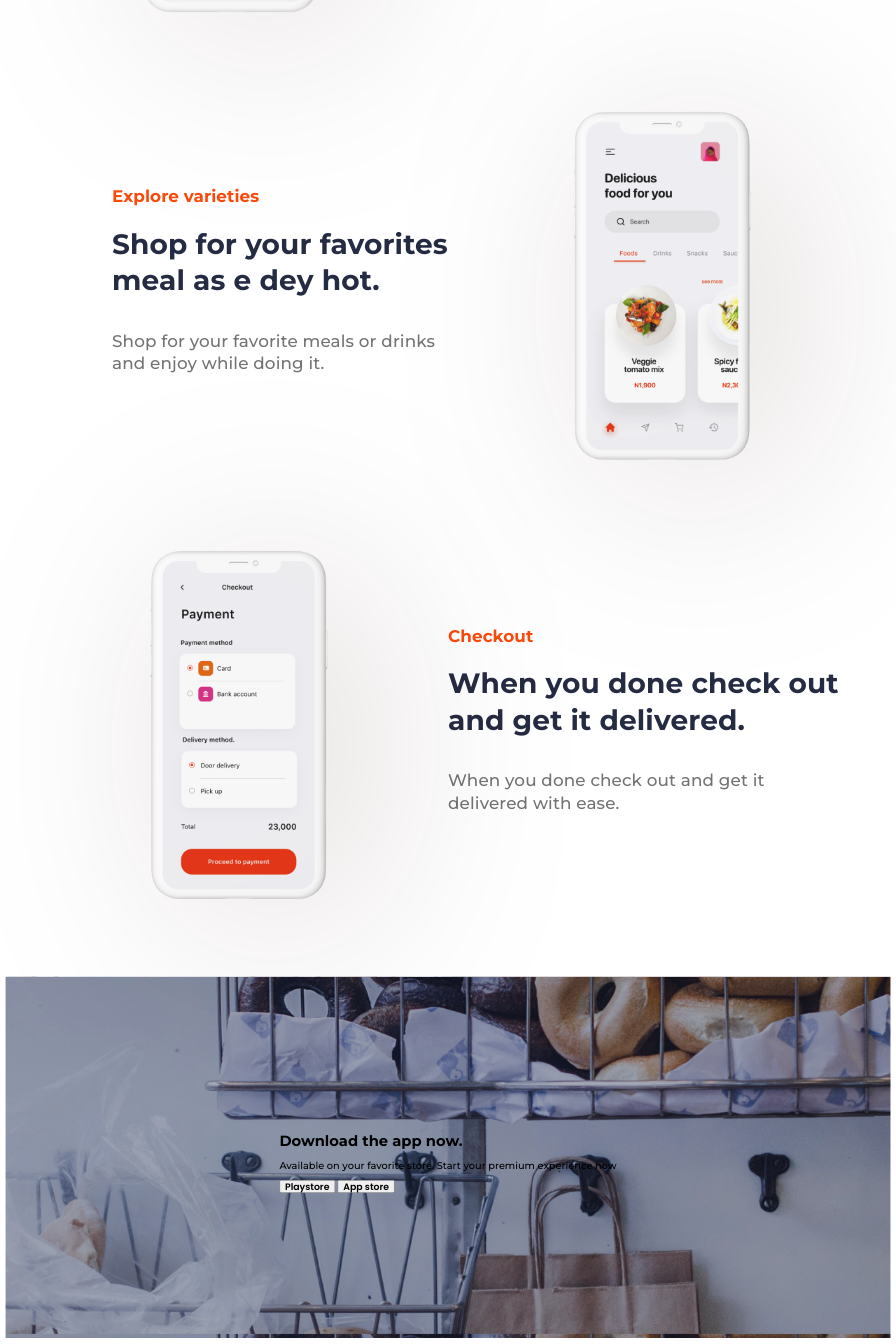
Repository: hoangnguyendev19/food_app
Page: index.html
An editor plug-in stored every save of this project. The page is shown before and after the next save, followed by the edit.
The browser window is 1280 px wide. The pictures show the part of the page from y = 2248 to 4168 px (the page is 4168 px tall), at 70% of full size.
The style sheet was rebuilt from its Sass, Less or Tailwind sources for each picture, by a compiler version that may differ from the author's.

Above is the page before, as saved 2021-11-08 20:49:56.

### index.html
<!DOCTYPE html>
<html lang="en">
<head>
    <meta charset="UTF-8">
    <meta http-equiv="X-UA-Compatible" content="IE=edge">
    <meta name="viewport" content="width=device-width, initial-scale=1.0">
    <title>Food</title>
    <link href="https://fonts.googleapis.com/css2?family=Montserrat:wght@500;600;700&family=Poppins:wght@600;700&family=Roboto:wght@700&display=swap" rel="stylesheet">
    <link rel="stylesheet" href="./app/styles.css">
</head>
<body>
    <div class="wrapper">
        <header class="header">
            <div class="container">
                <div class="header__top">
                    <a href="" class="header__image">
                        <img src="./app/images/img-logo.png" alt="">
                    </a>
                    <ul class="header__menu">
                        <li class="header__item">
                            <a href="" class="header__link">Home</a>
                        </li>
                        <li class="header__item">
                            <a href="" class="header__link">Product</a>
                        </li>
                        <li class="header__item">
                            <a href="" class="header__link">Faq</a>
                        </li>
                        <li class="header__item">
                            <a href="" class="header__link">Contact</a>
                        </li>
                    </ul>
                </div>
            </div>
        </header>
        <main>
            <section class="banner">
                <div class="banner__top">
                    <div class="banner__content">
                        <span class="banner__title">Food app</span>
                        <h1 class="banner__heading">Why stay hungry when you can order form Bella Onojie</h1>
                        <h4 class="banner__desc">Download the bella onoje’s food app now on</h4>
                        <button class="banner__btn">Playstore</button>
                        <button class="banner__btn">App store</button>
                    </div>
                </div>
                <div class="banner__bottom">
                    <div class="banner__image">
                        <img src="./app/images/img-banner-phone.png" alt="">
                    </div>
                </div>
            </section>
            <section class="work">
                <div class="container">
                    <h2 class="work__caption">How the app works</h2>
                    <div class="work__item">
                        <div class="work__image">
                            <img src="./app/images/img-create.png" alt="">
                        </div>
                        <div class="work__content">
                            <span class="work__title">Create an account</span>
                            <h2 class="work__heading">Create/login to an existing account to get started</h2>
                            <p class="work__desc">An account is created with your email and a desired password</p>
                        </div>
                    </div>
                    <div class="work__item work__item--reverse">
                        <div class="work__image">
                            <img src="./app/images/img-explore.png" alt="">
                        </div>
                        <div class="work__content">
                            <div class="work__content--reverse">
                                <span class="work__title">Explore varieties</span>
                                <h2 class="work__heading">Shop for your favorites meal as e dey hot.</h2>
                                <p class="work__desc">Shop for your favorite meals or drinks and enjoy while doing it.</p>
                                </div>
                        </div>
                    </div>
                    <div class="work__item">
                        <div class="work__image">
                            <img src="./app/images/img-checkout.png" alt="">
                        </div>
                        <div class="work__content">
                            <span class="work__title">Checkout</span>
                            <h2 class="work__heading">When you done check out and get it delivered.</h2>
                            <p class="work__desc">When you done check out and get it delivered with ease.</p>
                        </div>
                    </div>
                </div>
            </section>
            <section class="download">
                <div class="container">
                    <div class="download__content">
                        <h2 class="download__heading">Download the app now.</h2>
                        <p class="download__desc">Available on your favorite store. Start your premium experience now</p>
                        <button class="download__btn">Playstore</button>
                        <button class="download__btn">App store</button>
                    </div>
                </div>
            </section>
        </main>
    </div>
</body>
</html>

### app/styles/styles.scss
@import "helpers/variables";
@import "helpers/global";
@import "helpers/mixin";

@import "layout/header";
@import "layout/banner";
@import "layout/work";
@import "layout/download";

### app/styles/helpers/_variables.scss
$primary-color: #FA4A0C;
$secondary-color: #252B42;
$third-color: #737373;
$primary-font: 'Montserrat', sans-serif;
$secondary-font: 'Poppins', sans-serif;
$third-font: 'Roboto', sans-serif;
$wrapper: 1440px;
$container: 1280px;

### app/styles/helpers/_global.scss
html {
    font-size: 62.5%;
    box-sizing: border-box;
}
a {
    text-decoration: none;
}
img {
    max-width: 100%;
    display: block;
}
ul,li {
    list-style: none;
}
body {
    font-family: $primary-font;
    line-height: 1;
    font-size: 1.4rem;
}
input, button,textarea {
    font-family: $secondary-font;
    line-height: 1;
    outline: none;
}
.wrapper {
    max-width: $wrapper;
    margin: 0 auto;
}
.container {
    max-width: $container + 30px;
    margin: 0 auto;
    padding: 0 15px;
}

### app/styles/helpers/_mixin.scss
@mixin size($width, $height: $width){
	width: $width;
	height: $height;
}

@mixin flexBox($align-items: stretch, $justify-content: flex-start, $flex-direction: row, $wrap: nowrap, $flex: flex) {
	display: $flex;
	justify-content: $justify-content;
	align-items: $align-items;
	flex-direction: $flex-direction;
	flex-wrap: $wrap;
}

### app/styles/layout/_header.scss
.header {
    @include size(100%, 15.7rem);
    &__image {
        display: inline-block;
    }
    &__top {
        @include flexBox(center, space-between);
    }
    &__menu {
        @include flexBox(center);
    }
    &__item:not(:first-child) {
        margin-left: 10.4rem;
    }
    &__link {
        font-size: 1.6rem;
        color: $secondary-color;
        font-weight: 600;
        transition: all 0.2s linear;
        &:hover {
            color: $primary-color;
        }
    }
}

### app/styles/layout/_banner.scss
.banner {
    &__top {
        @include size(100%, 62rem);
        background: linear-gradient(0deg, rgba(23, 16, 16, 0.6), rgba(23, 16, 16, 0.6)), url("./images/img-banner.jpg");
        @include flexBox(center, center);
    }
    &__content {
        @include size(94rem, 40rem);
        padding-top: 7.2rem;
        padding-bottom: 14.6rem;
        text-align: center;
    }
    &__title {
        font-weight: 700;
        font-size: 2.4rem;
        letter-spacing: 0.1px;
        color: #F6F6F6;
        display: inline-block;
        margin-bottom: 2.4rem;
    }
    &__heading {
        font-family: $secondary-font;
        font-weight: bold;
        font-size: 5.8rem;
        line-height: 1.4;
        text-align: center;
        letter-spacing: 0.2px;
        margin-top: 0;
        margin-bottom: 4rem;
    }
    &__desc {
        font-weight: 500;
        font-size: 2.4rem;
        letter-spacing: 0.2px;
        margin-top: 0;
        margin-bottom: 6rem;
    }
    &__btn {
        @include size(23.6rem, 6.8rem);
        background-color: transparent;
        border-radius: 3rem;
        border: 1px solid white;
        color: white;
        font-weight: bold;
        font-size: 2.4rem;
        letter-spacing: 0.1px;
        transition: all 0.25s linear;
        cursor: pointer;
        &:hover {
            background-color: $primary-color;
            border-color: $primary-color;
        }
    }
    &__btn:last-child {
        margin-left: 3.4rem;
    }
    &__bottom {
        margin-top: -10%;
        position: relative;
        &::after {
            content: "";
            position: absolute;
            @include size(88.4rem, 0);
            left: 50%;
            bottom: 0;
            transform: translateX(-50%);
            border: 3px solid #E4E4E4;
            z-index: 9;
        }
    }
    &__image {
        @include size(54.8rem, 640px);
        margin: 0 auto;
        padding-bottom: 17rem;
    }
}

### app/styles/layout/_work.scss
.work {
    text-align: center;
    &__caption {
        font-family: $secondary-font;
        font-weight: 600;
        font-size: 4.4rem;
        letter-spacing: 0.1px;
        color: #000;
        opacity: 0.8;
        margin-top: 7rem;
        margin-bottom: 6rem;
        display: inline-block;
    }
    &__item {
        @include flexBox(center);
        margin: 11rem 0;
    }
    &__item--reverse {
        flex-direction: row-reverse;
    }
    &__image {
        width: 50%;
        @include flexBox(stretch, center);
        filter: drop-shadow(50px 30px 150px rgba(46, 4, 4, 0.15));
    }
    &__content {
        width: 50%;
        text-align: start;
    }
    &__content--reverse {
        width: 48rem;
        margin-left: auto;
    }
    &__title {
        font-weight: bold;
        font-size: 2.4rem;
        letter-spacing: 0.1px;
        color: $primary-color;
        display: inline-block;
        margin-bottom: 3rem;
    }
    &__heading {
        font-weight: bold;
        font-size: 4rem;
        letter-spacing: 0.2px;
        color: $secondary-color;
        line-height: 1.3;
        margin-top: 0;
        margin-bottom: 4.5rem;
    }
    &__desc {
        font-weight: 500;
        font-size: 2.4rem;
        line-height: 1.3;
        letter-spacing: 0.2px;
        color: $third-color;
        margin: 0;
        width: 47rem;
    }
}

### app/styles/layout/_download.scss
.download {
    background: linear-gradient(0deg, rgba(37, 43, 66, 0.4), rgba(37, 43, 66, 0.4)), url("./images/img-download.jpg");
    @include size(100%, 51.6rem);
    @include flexBox(center, center);
}

After the next save:
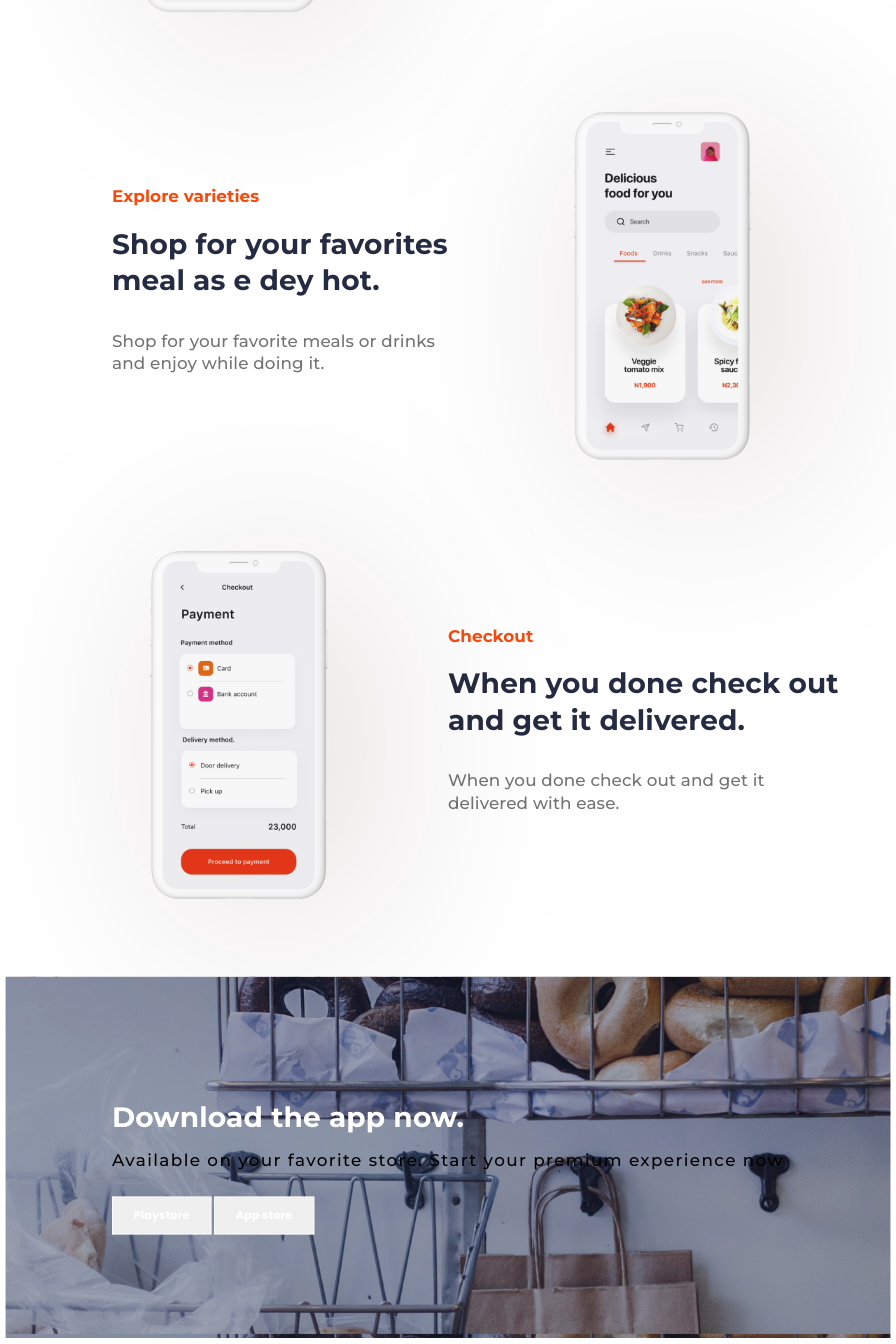
Saved 6 min 35 s later.
--- a/app/styles/layout/_download.scss
+++ b/app/styles/layout/_download.scss
@@ -2,4 +2,25 @@
     background: linear-gradient(0deg, rgba(37, 43, 66, 0.4), rgba(37, 43, 66, 0.4)), url("./images/img-download.jpg");
     @include size(100%, 51.6rem);
     @include flexBox(center, center);
+    &__heading {
+        font-size: 4rem;
+        font-weight: bold;
+        letter-spacing: 0.2px;
+        color: #fff;
+        margin-bottom: 3rem;
+    }
+    &__desc {
+        font-weight: 500;
+        font-size: 2.4rem;
+        letter-spacing: 0.2rem;
+        margin-bottom: 4rem;
+    }
+    &__btn {
+        font-size: 1.6rem;
+        font-weight: 700;
+        letter-spacing: 0.2px;
+        border: 1px solid white;
+        color: white;
+        padding: 1.8rem 3rem;
+    }
 }
